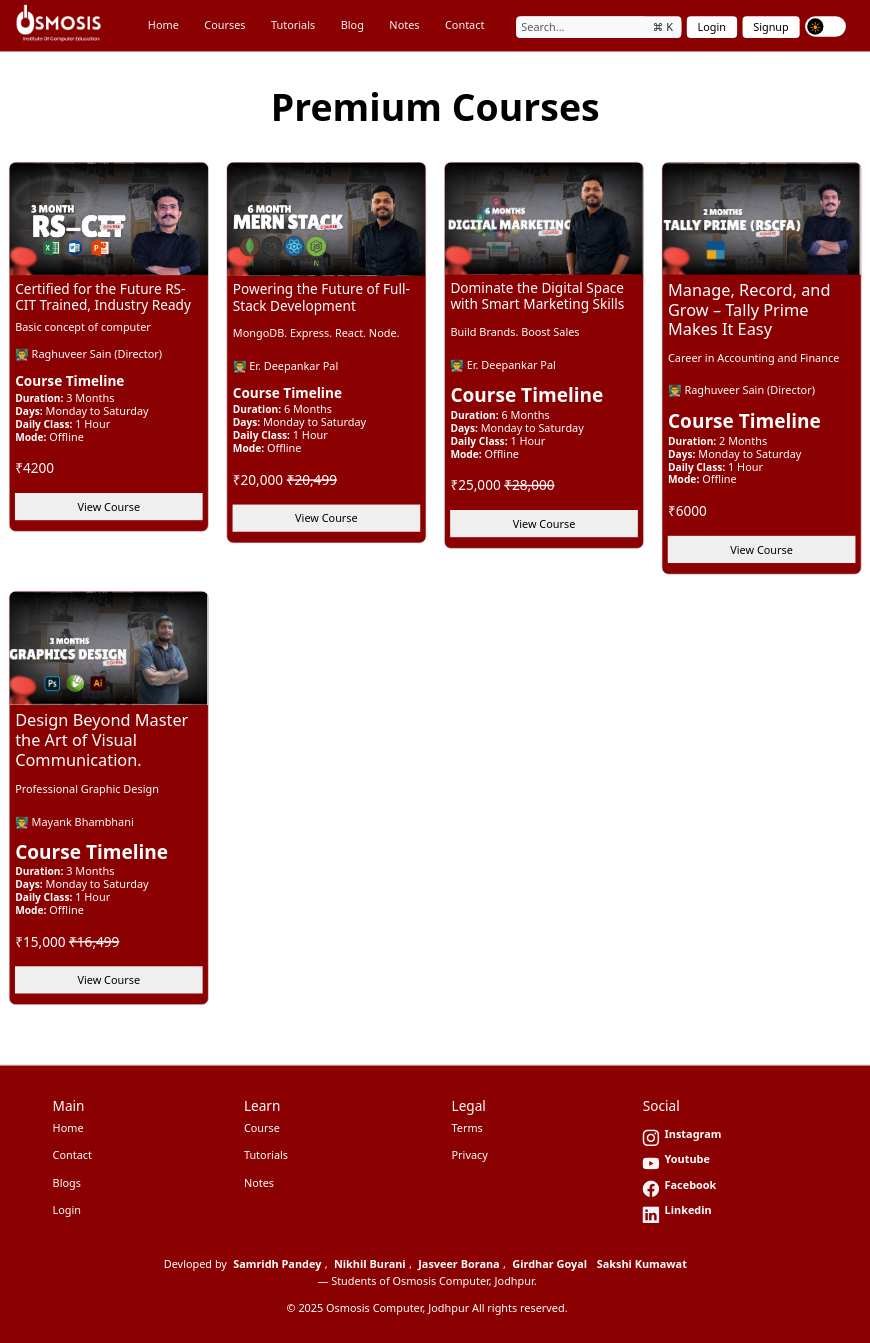
Repository: samriidhpandey/osmosis
Page: /Courses
The author's editor kept a copy of each file at every save. The page is drawn from the files as they stood at one save, then again after the next save.
The browser window is 1280 px wide. The pictures show the whole page, at 68% of full size.
The project was rebuilt for these pictures with package versions that can differ from the ones it lists, and the page was loaded fresh each time. Also part of the build but not shown: vite.config.js, src/Section2.jsx, src/Section3.jsx, src/Section4.jsx, src/InfiniteReviewScroll.jsx, src/Section5.jsx, src/TypingText.jsx, src/AnimatedName.jsx and 103 more. Imported but missing from the stored project, and not drawn on this page: src/Images/final-app-on-mobile.mp4, src/Images/final-app-on-pc.mp4, src/Images/open-terminals.mp4, src/Images/python-location.mp4.

Above is the page before, as saved 2025-07-21 16:36:48.

After the next save:
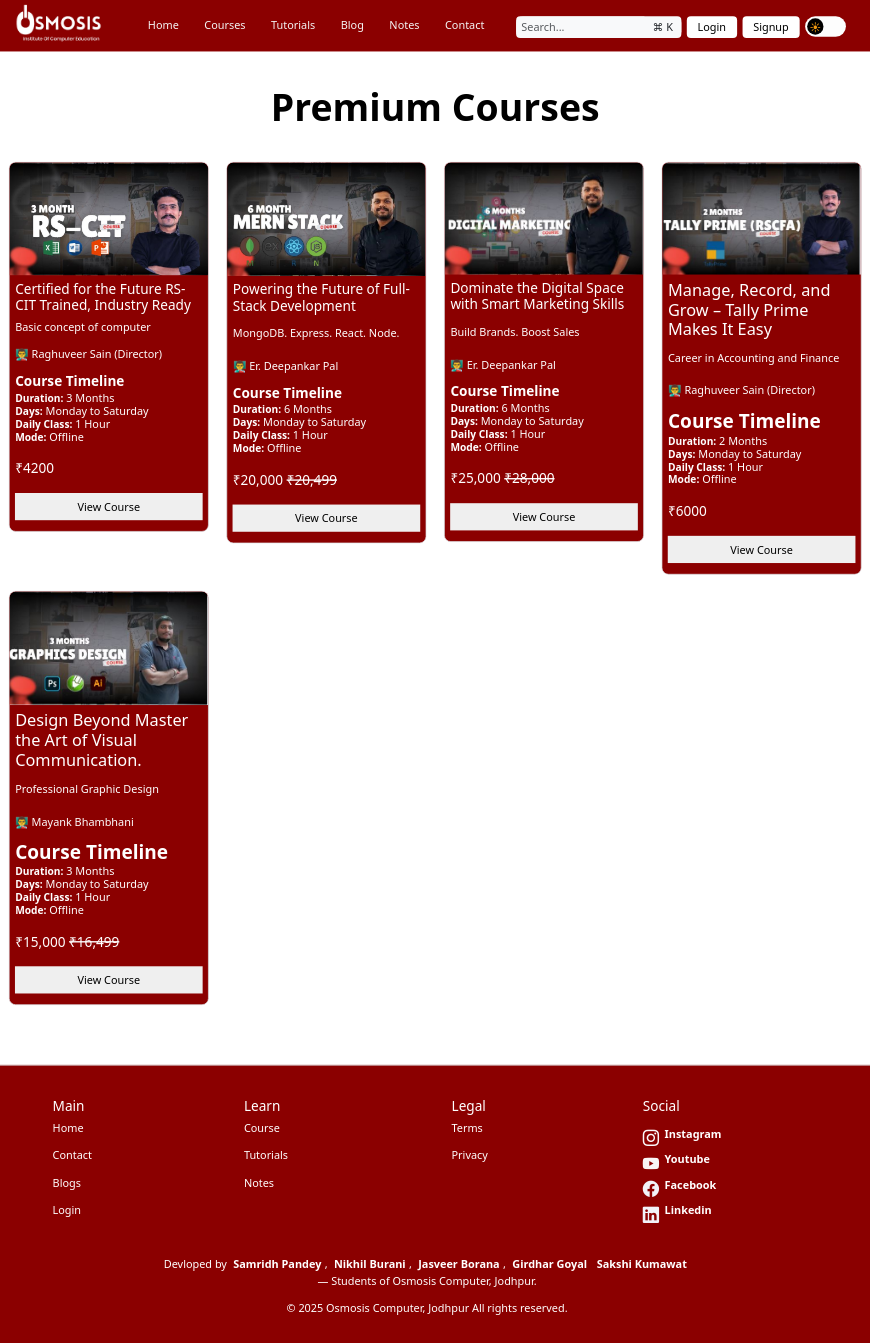
Saved 4 s later.
--- a/src/Component2/Courses.jsx
+++ b/src/Component2/Courses.jsx
@@ -109,7 +109,7 @@
             <h5 className=''>Dominate the Digital Space with Smart Marketing Skills</h5>
             <p className='mt-3'>Build Brands. Boost Sales</p>
             <p className='mt-4'>👨‍🏫 Er. Deepankar Pal</p>
-            <h3 style={headingStyle}>Course Timeline</h3>
+            <h5 style={headingStyle}>Course Timeline</h5>
       <p style={itemStyle}><strong>Duration:</strong> 6 Months</p>
       <p style={itemStyle}><strong>Days:</strong> Monday to Saturday</p>
       <p style={itemStyle}><strong>Daily Class:</strong> 1 Hour</p>
